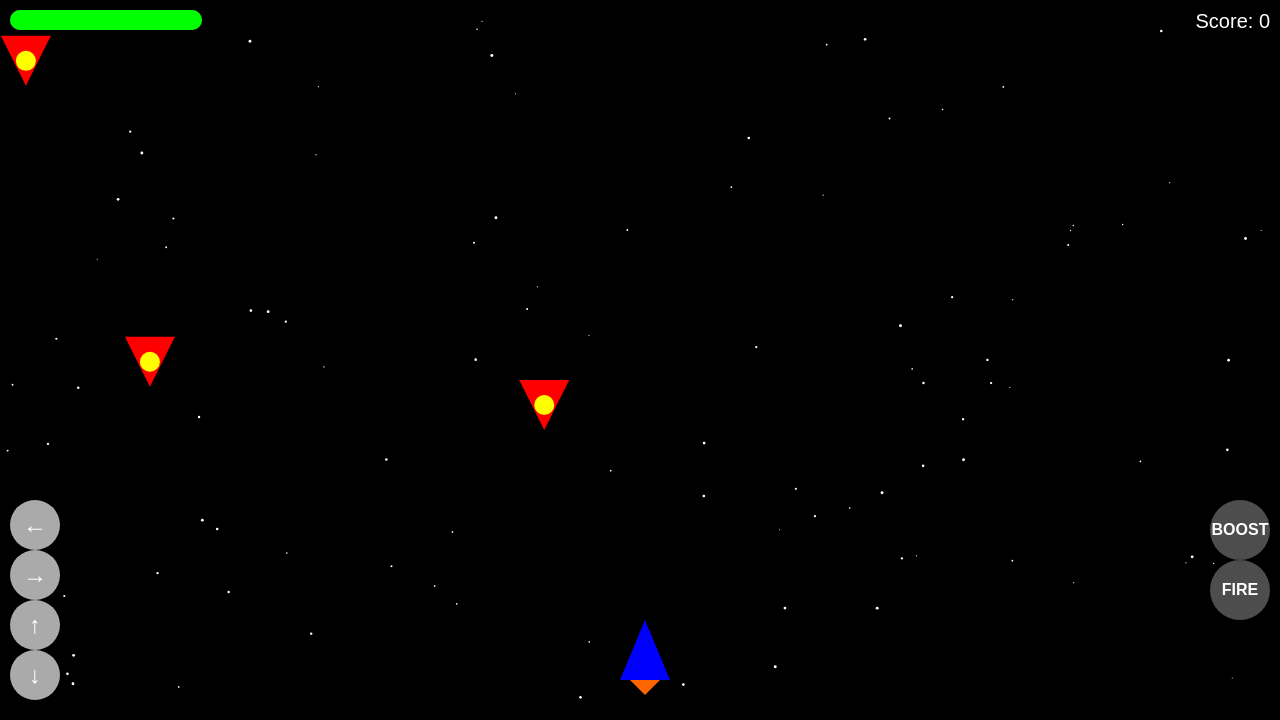
Repository: BiranOrundas/space-shooter
Page: space-shooter.html
These files come from the project's save history. The page is drawn as it stood at one moment and after the next save; the edit follows.
The browser window is 1280 px wide. The pictures show the whole page.

Above is the page before, as saved 2025-03-13 15:49:28.

### space-shooter.html
<!DOCTYPE html>
<html lang="en">
<head>
  <meta charset="UTF-8">
  <meta name="viewport" content="width=device-width, initial-scale=1.0">
  <title>Space Shooter</title>
  <style>
    body {
      margin: 0;
      overflow: hidden;
      touch-action: none;
      font-family: Arial, sans-serif;
      background-color: #000;
      display: flex;
      justify-content: center;
      align-items: center;
      height: 100vh;
    }

    #game-container {
      position: relative;
      width: 100vw;
      height: 100vh;
      background-color: #000;
      overflow: hidden;
      touch-action: none;
    }

    #game-canvas {
      width: 100%;
      height: 100%;
    }

    #controls {
      position: absolute;
      bottom: 20px;
      left: 0;
      width: 100%;
      display: flex;
      justify-content: space-between;
      z-index: 10;
    }

    .direction-btn {
      width: 50px;
      height: 50px;
      background-color: rgba(255, 255, 255, 0.3);
      border-radius: 50%;
      display: flex;
      justify-content: center;
      align-items: center;
      color: white;
      font-weight: bold;
      font-size: 24px;
      user-select: none;
      margin: 0 10px;
    }
    .direction-btnpress {
      width: 50px;
      height: 50px;
      background-color: rgba(24, 124, 4, 0.3);
      border-radius: 50%;
      display: flex;
      justify-content: center;
      align-items: center;
      color: white;
      font-weight: bold;
      font-size: 24px;
      user-select: none;
      margin: 0 10px;
    }

    .action-btn {
      width: 60px;
      height: 60px;
      background-color: rgba(255, 255, 255, 0.3);
      border-radius: 50%;
      display: flex;
      justify-content: center;
      align-items: center;
      color: white;
      font-weight: bold;
      font-size: 16px;
      user-select: none;
      margin: 0 10px;
    }

    #life-bar-container {
      position: absolute;
      top: 10px;
      left: 10px;
      width: 15%;
      height: 20px;
      background-color: rgba(255, 255, 255, 0.3);
      border-radius: 10px;
    }

    #life-bar {
      height: 100%;
      width: 100%;
      background-color: #0f0;
      border-radius: 10px;
      transition: width 0.5s;
    }

    #score {
      position: absolute;
      top: 10px;
      right: 10px;
      color: white;
      font-size: 20px;
    }

    #game-over {
      position: absolute;
      top: 0;
      left: 0;
      width: 100%;
      height: 100%;
      background-color: rgba(0, 0, 0, 0.8);
      display: none;
      flex-direction: column;
      justify-content: center;
      align-items: center;
      color: white;
      font-size: 30px;
      z-index: 20;
    }

    #restart-btn {
      margin-top: 20px;
      padding: 10px 20px;
      background-color: #0f0;
      color: black;
      border: none;
      border-radius: 5px;
      font-size: 18px;
      cursor: pointer;
    }

    .star {
      position: absolute;
      background-color: white;
      border-radius: 50%;
    }
  </style>
</head>
<body>
  <div id="game-container">
    <div id="life-bar-container">
      <div id="life-bar"></div>
    </div>
    <div id="score">Score: 0</div>
    <canvas id="game-canvas"></canvas>

    <div id="controls">
      <div id="movement-controls">
        <div name="leftButton" class="direction-btn" id="left-btn">←</div>
        <div name="rightButton" class="direction-btn" id="right-btn">→</div>
        <div name="upButton" class="direction-btn" id="up-btn">↑</div>
        <div name="downButton" class="direction-btn" id="down-btn">↓</div>
      </div>
      <div id="action-controls">
        <div class="action-btn" id="boost-btn">BOOST</div>
        <div class="action-btn" id="shoot-btn">FIRE</div>
      </div>
    </div>

    <div id="game-over">
      <div>GAME OVER</div>
      <div id="final-score">Score: 0</div>
      <button id="restart-btn">Restart</button>
    </div>
  </div>

  <script>
    // Game setup
    const canvas = document.getElementById('game-canvas');
    const ctx = canvas.getContext('2d');

    // Set canvas dimensions to match container
    const container = document.getElementById('game-container');
    canvas.width = container.clientWidth;
    canvas.height = container.clientHeight;

    // Game variables
    let score = 15000;
    let gameOver = false;
    let animationId;

    // Player variables
    const player = {
      x: canvas.width / 2 - 20,
      y: canvas.height - 100,
      width: 50,
      height: 60,
      speed: 5,
      boostedSpeed: 10,
      isBoosting: false,
      life: 100,
      color: '#00f',
      cooldown: 0,
      lastShot: 0
    };


    // Game elements arrays
    const bullets = [];
    const enemies = [];
    const stars = [];

    // Control variables
    let leftPressed = false;
    let rightPressed = false;
    let upPressed = false;
    let downPressed = false;
    let shootPressed = false;
    let boostPressed = false;

    // Generate stars for background
    function createStars() {
      const starCount = 100;
      for (let i = 0; i < starCount; i++) {
        stars.push({
          x: Math.random() * canvas.width,
          y: Math.random() * canvas.height,
          size: Math.random() * 1 + 0.5,
          speed: Math.random() * 2 + 1.9,

        });
      }
    }

    // Draw player's spaceship
    function drawPlayer() {
      // Draw player ship
      ctx.fillStyle = player.color;

      // Ship body
      ctx.beginPath();
      ctx.moveTo(player.x + player.width / 2, player.y);
      ctx.lineTo(player.x + player.width, player.y + player.height);
      ctx.lineTo(player.x, player.y + player.height);
      ctx.closePath();
      ctx.fill();

      // Engine flames
      if (player.isBoosting) {
        ctx.fillStyle = '#ff0';
      } else {
        ctx.fillStyle = '#f60';
      }

      const flameHeight = player.isBoosting ? 30 : 15;
      ctx.beginPath();
      ctx.moveTo(player.x + 10, player.y + player.height);
      ctx.lineTo(player.x + player.width / 2, player.y + player.height + flameHeight);
      ctx.lineTo(player.x + player.width - 10, player.y + player.height);
      ctx.closePath();
      ctx.fill();
    }

    // Create a bullet
    function shootBullet() {
      const now = Date.now();
      if (now - player.lastShot > 50 ) { // Cooldown in ms
        bullets.push({
          x: player.x + player.width / 2 - 3,
          y: player.y,
          width: 2,
          height: 10,
          speed: 20,
          color: '#f00'
        });
        player.lastShot = now;
      }
    }

    // Draw bullets
    function drawBullets() {
      bullets.forEach(bullet => {
        ctx.fillStyle = bullet.color;
        ctx.fillRect(bullet.x, bullet.y, bullet.width, bullet.height);
      });
    }

    // Create enemy ships
// Create enemy ships
function spawnEnemy() {
  if (Math.random() < 0.02 && !gameOver) {
    // Eğer boost aktifse, düşmanların hızını artır
    const enemySpeed = player.isBoosting ? Math.random() * 16 + 2 : Math.random() * 2 + 1;

    enemies.push({
      x: Math.random() * (canvas.width - 50),
      y: -50,
      width: 50,
      height: 50,
      speed: enemySpeed  // Boost durumuna göre hız
    });
  }
}


    // Draw enemy ships
    function drawEnemies() {
      enemies.forEach(enemy => {
        // Enemy ship body
        ctx.fillStyle = '#f00';
        ctx.beginPath();
        ctx.moveTo(enemy.x + enemy.width / 2, enemy.y + enemy.height);
        ctx.lineTo(enemy.x + enemy.width, enemy.y);
        ctx.lineTo(enemy.x, enemy.y);
        ctx.closePath();
        ctx.fill();

        // Enemy details
        ctx.fillStyle = '#ff0';
        ctx.beginPath();
        ctx.arc(enemy.x + enemy.width / 2, enemy.y + enemy.height / 2, 10, 0, Math.PI * 2);
        ctx.fill();
      });
    }

    // Draw stars background
    function drawStars() {
      ctx.fillStyle = 'white';
      stars.forEach(star => {
        ctx.beginPath();
        ctx.arc(star.x, star.y, star.size, 0, Math.PI * 2);
        ctx.fill();
      });
    }

    // Update star positions
  // Update star positions
function updateStars() {
  stars.forEach(star => {
    // Eğer boost aktifse, yıldızın hızını artır
    const speedFactor = player.isBoosting ? 3.5 : 1; // Boost aktifse hız 1.5 kat artar, yoksa normal hız

    star.y += star.speed * speedFactor; // Yıldızın hızı boost durumuna göre değişir
    star.height = 10;


    // Eğer yıldız ekranın dışına çıkarsa, konumunu sıfırlayın
    if (star.y > canvas.height) {
      star.y = 0;
      star.x = Math.random() * canvas.width;
    }
  });
}


// Update game elements
function updateGameElements() {

  if (leftPressed && player.x > 0) {
    player.x -= player.isBoosting ? player.boostedSpeed : player.speed;
    const LeftDirs = document.getElementsByName("leftButton");
LeftDirs.forEach(btn => {
    btn.style.backgroundColor = "#5CE65C";
});
  }else{
    const LeftDirs = document.getElementsByName("leftButton");
LeftDirs.forEach(btn => {
    btn.style.backgroundColor = "#AAAAAA";
})};



  if (rightPressed && player.x < canvas.width - player.width) {
    player.x += player.isBoosting ? player.boostedSpeed : player.speed;

    const rightDirs = document.getElementsByName("rightButton");
    rightDirs.forEach(btn => {
    btn.style.backgroundColor = "#5CE65C";
});
  }else{
    const rightDirs = document.getElementsByName("rightButton");
    rightDirs.forEach(btn => {
    btn.style.backgroundColor = "#AAAAAA";
})};


  if (upPressed && player.y < canvas.height - player.height) {
    player.y -= player.isBoosting ? player.boostedSpeed : player.speed;
    const upDirs = document.getElementsByName("upButton");
    upDirs.forEach(btn => {
    btn.style.backgroundColor = "#5CE65C";
});

  }else{
    const upDirs = document.getElementsByName("upButton");
    upDirs.forEach(btn => {
    btn.style.backgroundColor = "#AAAAAA";
})};






  if (downPressed && player.y < canvas.height - 20 - player.height) {
    player.y += player.isBoosting ? player.boostedSpeed : player.speed;
    const downDirs = document.getElementsByName("downButton");
    downDirs.forEach(btn => {
    btn.style.backgroundColor = "#5CE65C";
});

  }else{
    const downDirs = document.getElementsByName("downButton");
    downDirs.forEach(btn => {
    btn.style.backgroundColor = "#AAAAAA";
})};

  // Update bullets
  for (let i = 0; i < bullets.length; i++) {
    bullets[i].y -= bullets[i].speed;

    // Remove bullets that are off screen
    if (bullets[i].y < 0) {
      bullets.splice(i, 1);
      i--;
    }
  }

  // Update enemies
  for (let i = 0; i < enemies.length; i++) {
    enemies[i].y += enemies[i].speed;

    // Check for collision with player
    if (
      player.x < enemies[i].x + enemies[i].width &&
      player.x + player.width > enemies[i].x &&
      player.y < enemies[i].y + enemies[i].height &&
      player.y + player.height > enemies[i].y
    ) {
      // Player hit by enemy
      player.life -= 20;
      updateLifeBar();

      // Remove enemy
      enemies.splice(i, 1);
      i--;

      // Check game over
      if (player.life <= 0) {
        endGame();
      }

      continue;
    }

    // Check for bullets hitting enemies
    for (let j = 0; j < bullets.length; j++) {
      if (
        bullets[j].x < enemies[i].x + enemies[i].width &&
        bullets[j].x + bullets[j].width > enemies[i].x &&
        bullets[j].y < enemies[i].y + enemies[i].height &&
        bullets[j].y + bullets[j].height > enemies[i].y
      ) {
        // Enemy hit by bullet
        score += 50;
        updateScore();

      // Global variable to track if the bullet height has been changed
let bulletHeightUpdated = false;

// Inside the game loop or where you check the score
if (score >= 100 && !bulletHeightUpdated) {
    // Set the bullet height to 100
    bullets.forEach(bullet => {
        bullet.height = 100;
        bullet.color = "#00FF00"
    });

    // Mark the bullet height as updated
    bulletHeightUpdated = true;
}


        // Remove enemy and bullet
        enemies.splice(i, 1);
        bullets.splice(j, 1);
        i--;
        break;
      }
    }

    // Remove enemies that are off screen
    if (enemies[i] && enemies[i].y > canvas.height) {
      enemies.splice(i, 1);
      i--;
    }
  }
}


function Day() {
    const space = document.getElementById("game-container");

    setTimeout((randomColor) => {
        var randomColor = Math.floor(Math.random()*16777215).toString(16);
        space.style.backgroundColor = randomColor;
    },5500);
}


    // Update life bar
    function updateLifeBar() {
      const lifeBar = document.getElementById('life-bar');
      lifeBar.style.width = `${player.life}%`;

      // Change color based on life
      if (player.life > 60) {
        lifeBar.style.backgroundColor = '#0f0';
      } else if (player.life > 30) {
        lifeBar.style.backgroundColor = '#ff0';
      } else {
        lifeBar.style.backgroundColor = '#f00';
      }
    }

    // Update score display
    function updateScore() {
      document.getElementById('score').textContent = `Score: ${score}`;
    }

    // Game over
    function endGame() {
      gameOver = true;
      document.getElementById('game-over').style.display = 'flex';
      document.getElementById('final-score').textContent = `Score: ${score}`;
      cancelAnimationFrame(animationId);
    }

    // Main game loop
    function gameLoop() {
      // Clear canvas
      ctx.fillStyle = '#000';
      ctx.fillRect(0, 0, canvas.width, canvas.height);
        //Space Turning
      Day();

      // Draw stars
      drawStars();
      updateStars();

      // Spawn enemies
      spawnEnemy();


      // Update game elements
      updateGameElements();

      // Fire bullet if shoot button is pressed
      if (shootPressed) {
        shootBullet();
      }

      // Draw game elements
      drawPlayer();
      drawBullets();
      drawEnemies();

      // Continue game loop
      if (!gameOver) {
        animationId = requestAnimationFrame(gameLoop);
      }
    }

    // Event listeners for keyboard controls
    document.addEventListener('keydown', (e) => {
      if (e.key === 'ArrowLeft' || e.key === 'a') leftPressed = true;
      if (e.key === 'ArrowRight' || e.key === 'd') rightPressed = true;
      if (e.key === 'ArrowUp' || e.key === 'w') upPressed = true;
      if (e.key === 'ArrowDown' || e.key === 's') downPressed = true;
      if (e.key === ' ' || e.key === 'Enter') shootPressed = true;
      if (e.key === 'Shift') {
        boostPressed = true;
        player.isBoosting = true;
      }
    });

    document.addEventListener('keyup', (e) => {
      if (e.key === 'ArrowLeft' || e.key === 'a') leftPressed = false;
      if (e.key === 'ArrowRight' || e.key === 'd') rightPressed = false;
      if (e.key === 'ArrowUp' || e.key === 'w') upPressed = false;
      if (e.key === 'ArrowDown' || e.key === 's') downPressed = false;
      if (e.key === ' ' || e.key === 'Enter') shootPressed = false;
      if (e.key === 'Shift') {
        boostPressed = false;
        player.isBoosting = false;
      }
    });

    // Touch controls
    const leftBtn = document.getElementById('left-btn');
    const rightBtn = document.getElementById('right-btn');
    const shootBtn = document.getElementById('shoot-btn');
    const boostBtn = document.getElementById('boost-btn');

    leftBtn.addEventListener('touchstart', (e) => {
      e.preventDefault();
      leftPressed = true;
    });

    leftBtn.addEventListener('touchend', (e) => {
      e.preventDefault();
      leftPressed = false;
    });

    rightBtn.addEventListener('touchstart', (e) => {
      e.preventDefault();
      rightPressed = true;
    });

    rightBtn.addEventListener('touchend', (e) => {
      e.preventDefault();
      rightPressed = false;
    });

    shootBtn.addEventListener('touchstart', (e) => {
      e.preventDefault();
      shootPressed = true;
    });

    shootBtn.addEventListener('touchend', (e) => {
      e.preventDefault();
      shootPressed = false;
    });

    boostBtn.addEventListener('touchstart', (e) => {
      e.preventDefault();
      boostPressed = true;
      player.isBoosting = true;
    });

    boostBtn.addEventListener('touchend', (e) => {
      e.preventDefault();
      boostPressed = false;
      player.isBoosting = false;
    });

    // Mouse controls (for testing on desktop)
    leftBtn.addEventListener('mousedown', () => {
      leftPressed = true;
    });

    leftBtn.addEventListener('mouseup', () => {
      leftPressed = false;
    });

    rightBtn.addEventListener('mousedown', () => {
      rightPressed = true;
    });

    rightBtn.addEventListener('mouseup', () => {
      rightPressed = false;
    });

    shootBtn.addEventListener('mousedown', () => {
      shootPressed = true;
    });

    shootBtn.addEventListener('mouseup', () => {
      shootPressed = false;
    });

    boostBtn.addEventListener('mousedown', () => {
      boostPressed = true;
      player.isBoosting = true;
    });

    boostBtn.addEventListener('mouseup', () => {
      boostPressed = false;
      player.isBoosting = false;
    });

    // Restart game
    document.getElementById('restart-btn').addEventListener('click', () => {
      // Reset game state
      score = 0;
      gameOver = false;
      player.life = 100;
      player.x = canvas.width / 2 - 25;
      player.y = canvas.height - 100;
      player.isBoosting = false;

      // Clear arrays
      bullets.length = 0;
      enemies.length = 0;

      // Update UI
      updateScore();
      updateLifeBar();

      // Hide game over screen
      document.getElementById('game-over').style.display = 'none';

      // Start game loop
      gameLoop();
    });

    // Initialize game
    function initGame() {
      createStars();
      updateLifeBar();
      gameLoop();
    }

    // Start the game
    window.addEventListener('load', initGame);

    window.addEventListener('resize', () => {
  canvas.width = container.clientWidth;
  canvas.height = container.clientHeight;
});
  </script>
</body>
</html>

After the next save:
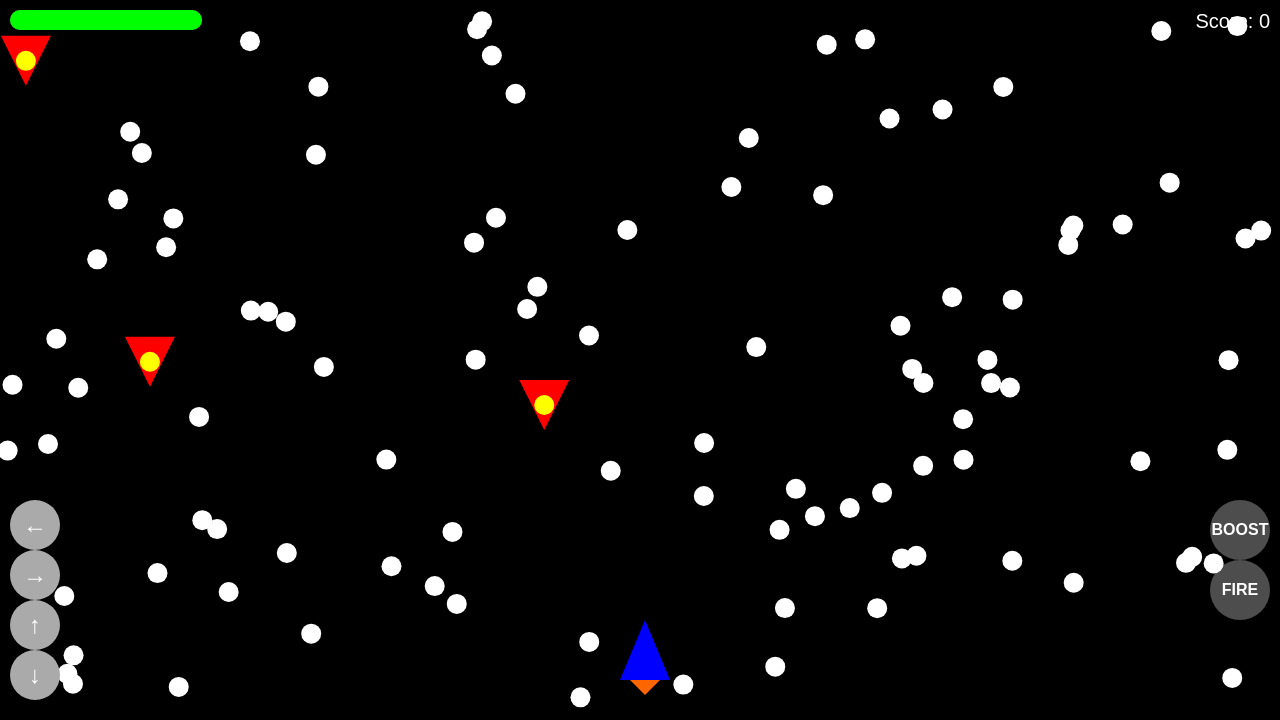
Saved 5 s later.
--- a/space-shooter.html
+++ b/space-shooter.html
@@ -340,7 +340,7 @@ function updateStars() {
     const speedFactor = player.isBoosting ? 3.5 : 1; // Boost aktifse hız 1.5 kat artar, yoksa normal hız
 
     star.y += star.speed * speedFactor; // Yıldızın hızı boost durumuna göre değişir
-    star.height = 10;
+    star.size = 10;
 
 
     // Eğer yıldız ekranın dışına çıkarsa, konumunu sıfırlayın
